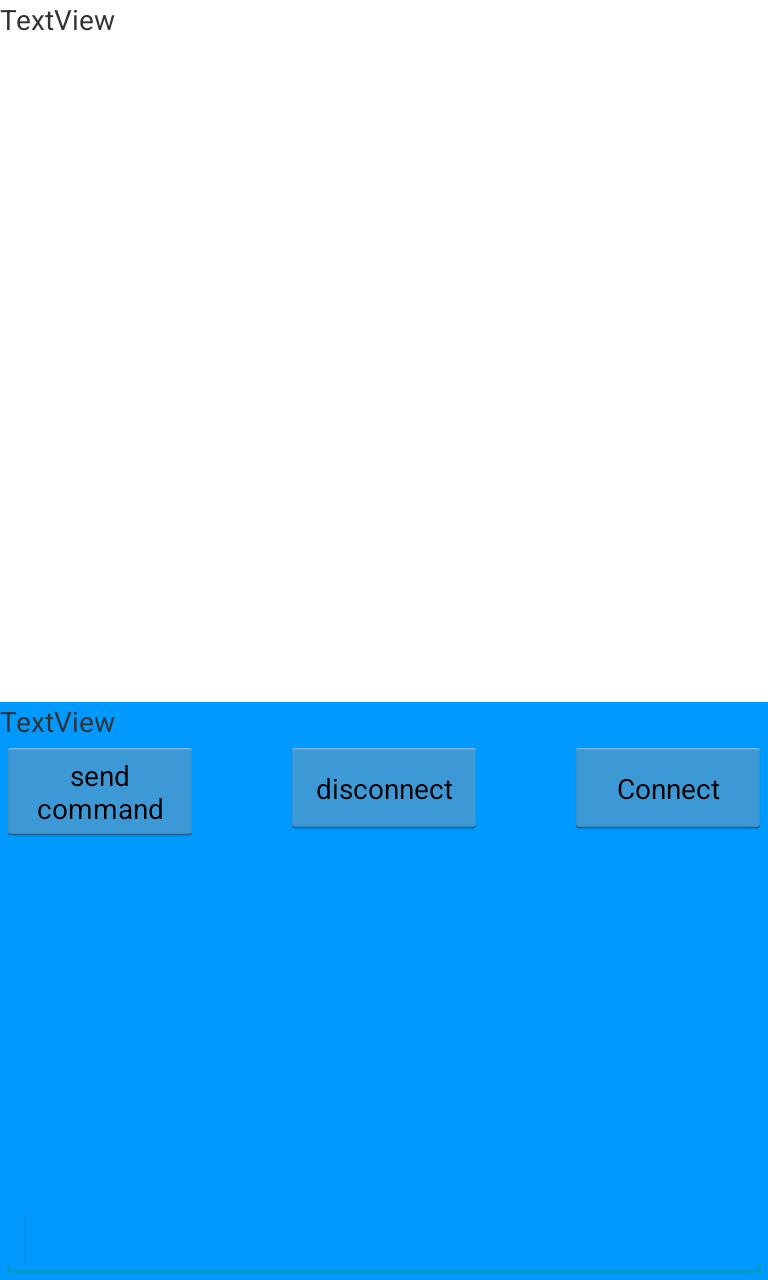
Repository: Clonedpirate/BtSshPwnPI
Layout: HackDroid/res/layout/terminal.xml
These files come from the project's save history. The layout is drawn as it stood at one moment and after a run of saves; the edit follows.
It is drawn on a 768 x 1280 px phone screen (xhdpi) without system bars, with theme AppTheme; the app's code is not run.

Above is the layout before, as saved 2014-06-19 10:25:10.

### HackDroid/res/layout/terminal.xml
<?xml version="1.0" encoding="utf-8"?>
<RelativeLayout xmlns:android="http://schemas.android.com/apk/res/android"
    android:layout_width="match_parent"
    android:layout_height="match_parent"
    android:orientation="vertical" >

    <TextView
        android:background="@color/white"
        android:id="@+id/terminal"
        android:layout_width="match_parent"
        android:layout_height="351dp"
        android:layout_alignParentLeft="true"
        android:layout_alignParentTop="true"
        android:text="TextView" />

    <TextView
        android:id="@+id/IPtext"
        android:layout_width="wrap_content"
        android:layout_height="wrap_content"
        android:layout_alignParentLeft="true"
        android:layout_below="@+id/terminal"
        android:text="TextView" />

    <EditText
        android:id="@+id/editText1"
        android:layout_width="match_parent"
        android:layout_height="wrap_content"
        android:layout_alignParentBottom="true"
        android:layout_alignParentLeft="true"
        android:ems="10" >

        <requestFocus />
    </EditText>

    <Button
        android:id="@+id/button1"
        style="?android:attr/buttonStyleSmall"
        android:layout_width="100dp"
        android:layout_height="wrap_content"
        android:layout_alignParentRight="true"
        android:layout_below="@+id/IPtext"
        android:text="Connect" />

    <Button
        android:id="@+id/button2"
        style="?android:attr/buttonStyleSmall"
        android:layout_width="100dp"
        android:layout_height="wrap_content"
        android:layout_below="@+id/IPtext"
        android:layout_centerHorizontal="true"
        android:text="disconnect" />

    <Button
        android:id="@+id/button3"
        style="?android:attr/buttonStyleSmall"
        android:layout_width="100dp"
        android:layout_height="wrap_content"
        android:layout_alignParentLeft="true"
        android:layout_below="@+id/IPtext"
        android:text="send command" />

</RelativeLayout>

### HackDroid/res/values/styles.xml
<?xml version="1.0" encoding="utf-8"?>
<resources>

    <style name="AppTheme" parent="android:Theme.Holo.Light">
        <item name="android:windowBackground">@color/lblue</item>
        <item name="android:windowTranslucentStatus">false</item>
        <item name="android:windowTranslucentNavigation">true</item>
        <item name="android:fitsSystemWindows">true</item>
        <item name="android:actionBarStyle">@style/ActionBar.Solid.GreenStyle</item>
    </style>

    <style name="ActionBar.Solid.GreenStyle" parent="@android:style/Widget.Holo.Light.ActionBar.Solid">
        <item name="android:titleTextStyle">@style/AppTheme.ActionBar.Text</item>
        <item name="android:background">@color/blue</item>
    </style>

    <style name="AppTheme.ActionBar.Text" parent="@android:style/TextAppearance">
        <item name="android:textColor">@color/white</item>
        <item name="android:layout_gravity">center</item>
        <item name="android:textSize">14sp</item>
    </style>

    <style name="Theme" parent="android:Theme">
        <item name="android:background">@null</item>
        <item name="android:windowNoTitle">true</item>
    </style>

    <style name="text_title">
        <item name="android:layout_width">fill_parent</item>
        <item name="android:layout_height">wrap_content</item>
        <item name="android:textColor">@color/blue</item>
        <item name="android:gravity">center</item>
    </style>

    <style name="text_option">
        <item name="android:layout_width">wrap_content</item>
        <item name="android:layout_height">wrap_content</item>
        <item name="android:textColor">@color/black</item>
    </style>

    <style name="layout_wrap">
        <item name="android:layout_width">wrap_content</item>
        <item name="android:layout_height">wrap_content</item>
    </style>

    <style name="layout_fill">
        <item name="android:layout_width">fill_parent</item>
        <item name="android:layout_height">fill_parent</item>
    </style>

    <style name="layout_f_w">
        <item name="android:layout_width">fill_parent</item>
        <item name="android:layout_height">wrap_content</item>
    </style>

    <style name="h_line">
        <item name="android:layout_width">fill_parent</item>
        <item name="android:layout_height">1.5dip</item>
        <item name="android:background">@color/blue</item>
    </style>

    <style name="indicator_style">
        <item name="android:layout_width">fill_parent</item>
        <item name="android:layout_height">4dip</item>
        <item name="android:background">@color/blue</item>
        <item name="android:orientation">vertical</item>
    </style>

</resources>

### HackDroid/res/values/strings.xml
<?xml version="1.0" encoding="utf-8"?>
<resources>

    <string name="app_name">   PwnPi Wifite tool</string>
    <string name="action_settings">Settings</string>

    <color name="blue">#0083ff</color>
    <color name="lblue">#0099ff</color>
    <color name="llblue">#14BFFF</color>
    <color name="black">#000000</color>
    <color name="white">#FFFFFF</color>
    <color name="kindagreen">#04d5a2</color>
    <color name="test">#06d3a2</color>

</resources>

After the next 2 saves:
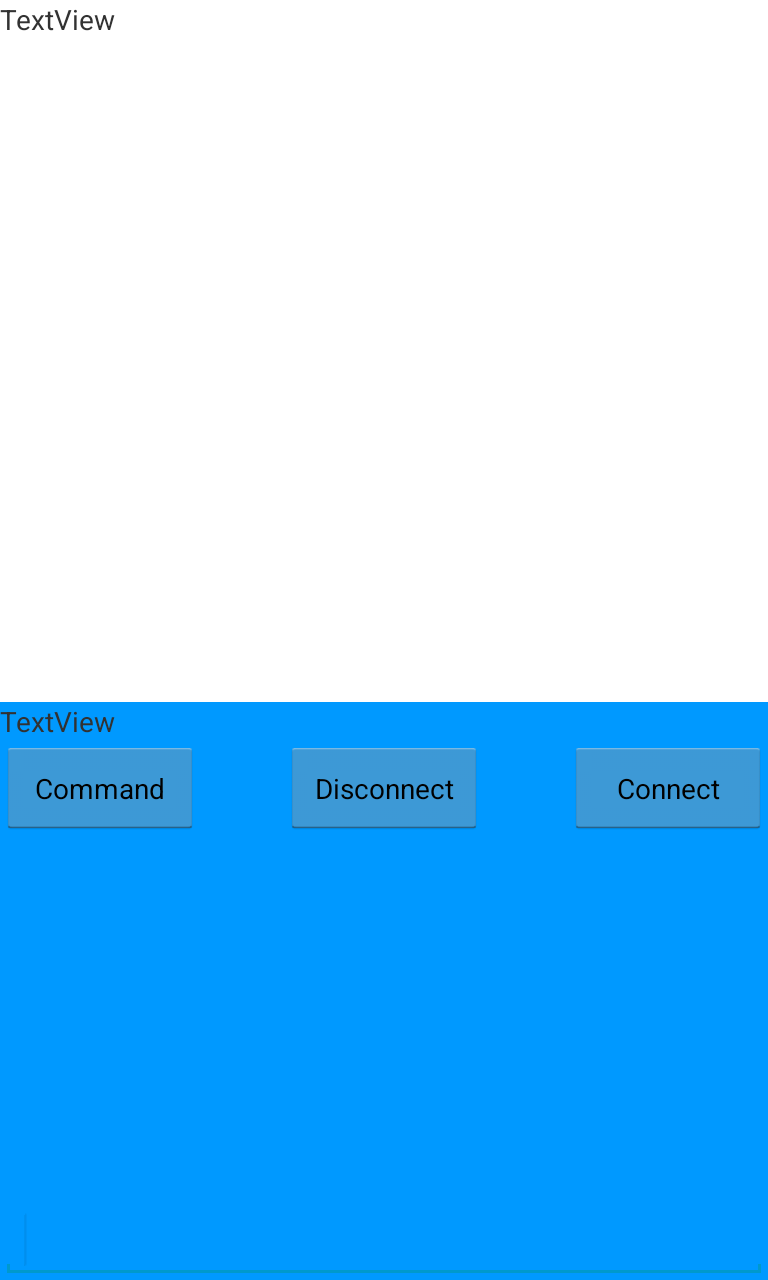
The 2 saves are shown as one change because they came seconds apart.
The last was saved 7 s later.
--- a/HackDroid/res/layout/terminal.xml
+++ b/HackDroid/res/layout/terminal.xml
@@ -48,7 +48,7 @@
         android:layout_height="wrap_content"
         android:layout_below="@+id/IPtext"
         android:layout_centerHorizontal="true"
-        android:text="disconnect" />
+        android:text="Disconnect" />
 
     <Button
         android:id="@+id/button3"
@@ -57,6 +57,6 @@
         android:layout_height="wrap_content"
         android:layout_alignParentLeft="true"
         android:layout_below="@+id/IPtext"
-        android:text="send command" />
+        android:text="Command" />
 
 </RelativeLayout>
